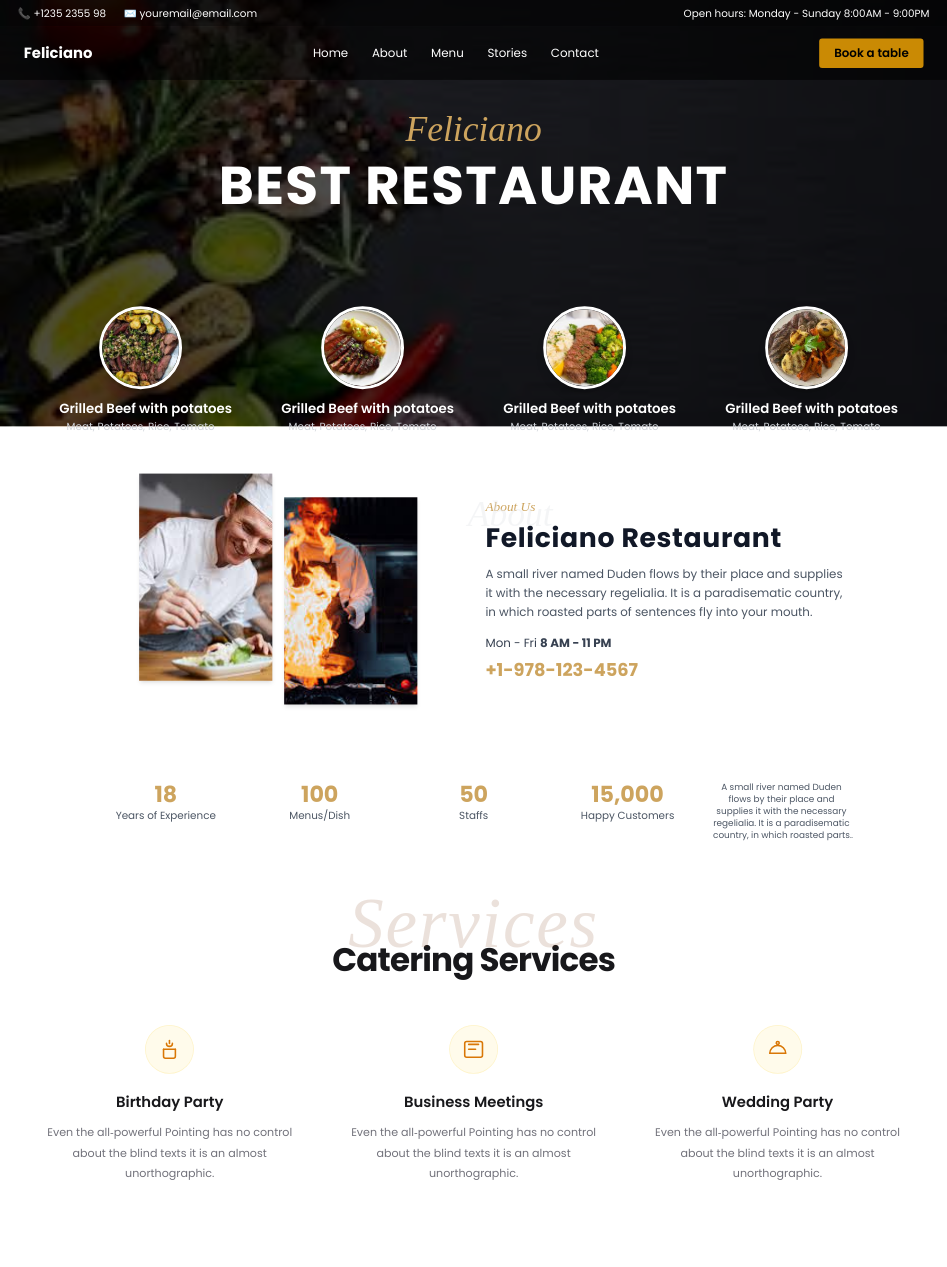
Repository: Purniagithub/Benttacproject
Page: /
The author's editor kept a copy of each file at every save. The page is drawn from the files as they stood at one save, then again after the next save.
The browser window is 1280 px wide. The pictures show the whole page, at 74% of full size.
Some web fonts or font styles are not loaded; a fallback is used. The project was rebuilt for these pictures with package versions that can differ from the ones it lists, and the page was loaded fresh each time. Also part of the build but not shown: vite.config.js.

Above is the page before, as saved 2025-08-21 17:48:06.

### index.html
<!doctype html>
<html lang="en">
  <head>
    <meta charset="UTF-8" />
    <link rel="icon" type="image/svg+xml" href="/vite.svg" />
    <link href="https://fonts.googleapis.com/css2?family=Playfair+Display:ital,wght@1,500&family=Poppins:wght@400;600;700&display=swap" rel="stylesheet">

    <meta name="viewport" content="width=device-width, initial-scale=1.0" />
    <title>Vite + React</title>
  </head>
  <body>
    <div id="root"></div>
    <script type="module" src="/src/main.jsx"></script>
  </body>
</html>

### src/App.jsx
import React from "react";
import Navbar from "./components/Navbar";
import Hero from "./components/Hero";

function App() {
  return (
    <div className="font-poppins">
      <Navbar />
      <Hero />
    </div>
  );
}

export default App;

### src/components/Navbar.jsx
import React from "react";

const Navbar = () => {
  return (
    <header className="absolute top-0 left-0 w-full z-50">
      {/* Top bar */}
      <div className="flex justify-between items-center bg-black bg-opacity-70 text-white text-sm px-6 py-2">
        <div className="flex space-x-6">
          <span>📞 +1235 2355 98</span>
          <span>✉️ youremail@email.com</span>
        </div>
        <span>Open hours: Monday - Sunday 8:00AM - 9:00PM</span>
      </div>

      {/* Main Navbar */}
      <nav className="flex justify-between items-center bg-black bg-opacity-60 text-white px-8 py-4">
        <h1 className="text-xl font-bold">Feliciano</h1>
        <ul className="flex space-x-8 font-medium">
          <li><a href="#" className="hover:text-yellow-400">Home</a></li>
          <li><a href="#" className="hover:text-yellow-400">About</a></li>
          <li><a href="#" className="hover:text-yellow-400">Menu</a></li>
          <li><a href="#" className="hover:text-yellow-400">Stories</a></li>
          <li><a href="#" className="hover:text-yellow-400">Contact</a></li>
        </ul>
        <button className="bg-yellow-600 hover:bg-yellow-700 px-5 py-2 rounded text-black font-semibold">
          Book a table
        </button>
      </nav>
    </header>
  );
};

export default Navbar;

### src/components/Hero.jsx
import React from "react";
import AboutSection from "../components/AboutSection";
import CateringServices from "./CateringServices";

const dishes = [
  { id: 1, name: "Grilled Beef with potatoes", desc: "Meat, Potatoes, Rice, Tomato", img: "/dish-1.jpeg" },
  { id: 2, name: "Grilled Beef with potatoes", desc: "Meat, Potatoes, Rice, Tomato", img: "/dish-2.jpeg" },
  { id: 3, name: "Grilled Beef with potatoes", desc: "Meat, Potatoes, Rice, Tomato", img: "/dish-3.jpeg" },
  { id: 4, name: "Grilled Beef with potatoes", desc: "Meat, Potatoes, Rice, Tomato", img: "/dish-4.jpeg" },
];

const Hero = () => {
  return (
    <>
    <section
      className="relative h-[80vh] bg-cover bg-center flex flex-col justify-center items-center text-white px-4"
      style={{ backgroundImage: "url('/img-4.jpeg')" }}
    >
      {/* Dark overlay */}
      <div className="absolute inset-0 bg-black/70"></div>

      {/* Headings */}
      <div className="relative z-10 text-center mt-20 md:mt-32 lg:mt-40">
        <h2 className="text-3xl md:text-4xl lg:text-5xl font-serif italic text-[#CDA45E]">
          Feliciano
        </h2>
        <h1 className="text-4xl md:text-5xl lg:text-7xl font-extrabold tracking-wide mt-3 md:mt-4 uppercase">
          Best Restaurant
        </h1>
      </div>

      {/* Dish Cards */}
      <div className="relative z-10 grid grid-cols-1 sm:grid-cols-2 md:grid-cols-4 gap-10 md:gap-16 lg:gap-20 mt-16 md:mt-24 lg:mt-32">
        {dishes.map((dish) => (
          <div key={dish.id} className="text-center max-w-[220px] mx-auto">
            <img
              src={dish.img}
              alt={dish.name}
              className="w-24 h-24 md:w-28 md:h-28 object-cover rounded-full mx-auto border-4 border-white shadow-lg"
            />
            <h3 className="mt-3 font-semibold text-base md:text-lg whitespace-nowrap">
              {dish.name}
            </h3>
            <p className="text-xs md:text-sm text-gray-300">{dish.desc}</p>
          </div>
        ))}
      </div>
    </section>
     {/* Other sections */}
     <AboutSection />
     <CateringServices />
</>
  );
};

export default Hero;

### src/components/AboutSection.jsx
// src/components/AboutSection.jsx
import React from "react";

export default function AboutSection() {
  return (
    <section className="w-full bg-white py-16">
      <div className="max-w-5xl mx-auto text-center">
        {/* Top Grid (Images + Content) */}
        <div className="grid grid-cols-1 lg:grid-cols-2 gap-8 items-center">
          {/* Left Images */}
          <div className="flex justify-center gap-4">
            <img
              src="/chef-1.jpeg"
              alt="Chef serving"
              className="shadow-md object-cover h-[280px] w-[180px]"
            />
            <img
              src="/chef-5.jpeg"
              alt="Cooking food"
              className="shadow-md object-cover h-[280px] w-[180px] mt-8"
            />
          </div>

          {/* Right Content */}
          <div className="text-left lg:text-left">
            <h3 className="text-lg font-serif italic text-[#CDA45E] relative mb-2">
              <span className="absolute -left-6 top-0 text-5xl text-gray-200 opacity-40">
                About
              </span>
              About Us
            </h3>
            <h2 className="text-4xl font-bold text-gray-900 mb-4 tracking-wide">
              Feliciano Restaurant
            </h2>
            <p className="text-gray-600 mb-4 leading-relaxed">
              A small river named Duden flows by their place and supplies it
              with the necessary regelialia. It is a paradisematic country, in
              which roasted parts of sentences fly into your mouth.
            </p>

            <p className="text-gray-700 mb-2">
              Mon - Fri <span className="font-bold">8 AM - 11 PM</span>
            </p>
            <p className="text-2xl font-bold text-[#CDA45E]">
              +1-978-123-4567
            </p>
          </div>
        </div>

        {/* Stats Section */}
        <div className="grid grid-cols-2 sm:grid-cols-5 gap-4 mt-16 pt-10">
          <div className="text-center">
            <h4 className="text-3xl font-bold text-[#CDA45E]">18</h4>
            <p className="text-sm text-gray-600">Years of Experience</p>
          </div>
          <div className="text-center">
            <h4 className="text-3xl font-bold text-[#CDA45E]">100</h4>
            <p className="text-sm text-gray-600">Menus/Dish</p>
          </div>
          <div className="text-center">
            <h4 className="text-3xl font-bold text-[#CDA45E]">50</h4>
            <p className="text-sm text-gray-600">Staffs</p>
          </div>
          <div className="text-center">
            <h4 className="text-3xl font-bold text-[#CDA45E]">15,000</h4>
            <p className="text-sm text-gray-600">Happy Customers</p>
          </div>
          <div className="text-center text-xs line-clamp-5">
            <p className="text-xs text-gray-600">A small river named Duden flows by their place and supplies it
              with the necessary regelialia. It is a paradisematic country, in
              which roasted parts of sentences fly into your mouth.</p>
          </div>
        </div>
      </div>
    </section>
  );
}

### src/components/CateringServices.jsx
import React from "react";

function IconCake(props) {
  return (
    <svg viewBox="0 0 24 24" aria-hidden="true" {...props}>
      <g fill="none" stroke="currentColor" strokeWidth="1.6" strokeLinecap="round" strokeLinejoin="round">
        <path d="M12 3v3" />
        <path d="M9 6a3 3 0 1 0 6 0" />
        <path d="M6 12h12" />
        <path d="M6 12v7a2 2 0 0 0 2 2h8a2 2 0 0 0 2-2v-7" />
      </g>
    </svg>
  );
}

function IconMeeting(props) {
  return (
    <svg viewBox="0 0 24 24" aria-hidden="true" {...props}>
      <g fill="none" stroke="currentColor" strokeWidth="1.6" strokeLinecap="round" strokeLinejoin="round">
        <path d="M7 7h10M7 12h7" />
        <path d="M3 18a2 2 0 0 0 2 2h14a2 2 0 0 0 2-2V6a2 2 0 0 0-2-2H5a2 2 0 0 0-2 2z" />
      </g>
    </svg>
  );
}

function IconCloche(props) {
  return (
    <svg viewBox="0 0 24 24" aria-hidden="true" {...props}>
      <g fill="none" stroke="currentColor" strokeWidth="1.6" strokeLinecap="round" strokeLinejoin="round">
        <path d="M12 7a1.5 1.5 0 1 0 0-3 1.5 1.5 0 0 0 0 3z" />
        <path d="M4 16a8 8 0 1 1 16 0" />
        <path d="M4 16h16" />
      </g>
    </svg>
  );
}

const cards = [
  {
    title: "Birthday Party",
    text:
      "Even the all‑powerful Pointing has no control about the blind texts it is an almost unorthographic.",
    Icon: IconCake,
  },
  {
    title: "Business Meetings",
    text:
      "Even the all‑powerful Pointing has no control about the blind texts it is an almost unorthographic.",
    Icon: IconMeeting,
  },
  {
    title: "Wedding Party",
    text:
      "Even the all‑powerful Pointing has no control about the blind texts it is an almost unorthographic.",
    Icon: IconCloche,
  },
];

export default function CateringServices({
  id = "services",
  heading = "Catering Services",
  accent = "Services",
}) {
  return (
    <section id={id} className="relative isolate bg-white py-24 sm:py-28">
      {/* Accent word behind heading */}
      <div aria-hidden className="pointer-events-none absolute inset-x-0 -top-1 sm:top-0 text-center">
        <span className="select-none font-serif italic tracking-wide text-amber-900/15 text-7xl sm:text-8xl md:text-[96px] leading-none">
          {accent}
        </span>
      </div>

      <div className="mx-auto max-w-[1200px] px-4 -mt-12">
        {/* Main heading */}
        <h2 className="text-center text-[34px] sm:text-[38px] md:text-[44px] font-extrabold tracking-tight text-zinc-900">
          {heading}
        </h2>

        {/* Cards */}
        <div className="mt-14 grid grid-cols-1 md:grid-cols-3 gap-12 md:gap-16">
          {cards.map(({ title, text, Icon }) => (
            <article key={title} className="text-center">
              <div className="mx-auto mb-6 flex h-16 w-16 items-center justify-center rounded-full bg-amber-50 ring-1 ring-amber-100 text-amber-600">
                <Icon className="h-8 w-8" />
              </div>
              <h3 className="text-[20px] font-semibold text-zinc-900">{title}</h3>
              <p className="mt-3 mx-auto max-w-[340px] text-[15px] leading-7 text-zinc-500">
                {text}
              </p>
            </article>
          ))}
        </div>
      </div>
    </section>
  );
}

### tailwind.config.js
/** @type {import('tailwindcss').Config} */
export default {
  content: ["./index.html",
    "./src/**/*.{js,ts,jsx,tsx}",],
  theme: {
    extend: {fontFamily: {
      sans: ['Poppins', 'sans-serif'],
      serif: ['Playfair Display', 'serif'],
    },
    colors: {
      gold: "#CDA45E",
    },},
  },
  plugins: [],
}

Loaded but not shown: src/main.jsx (common file); src/index.css (common file)

After the next save:
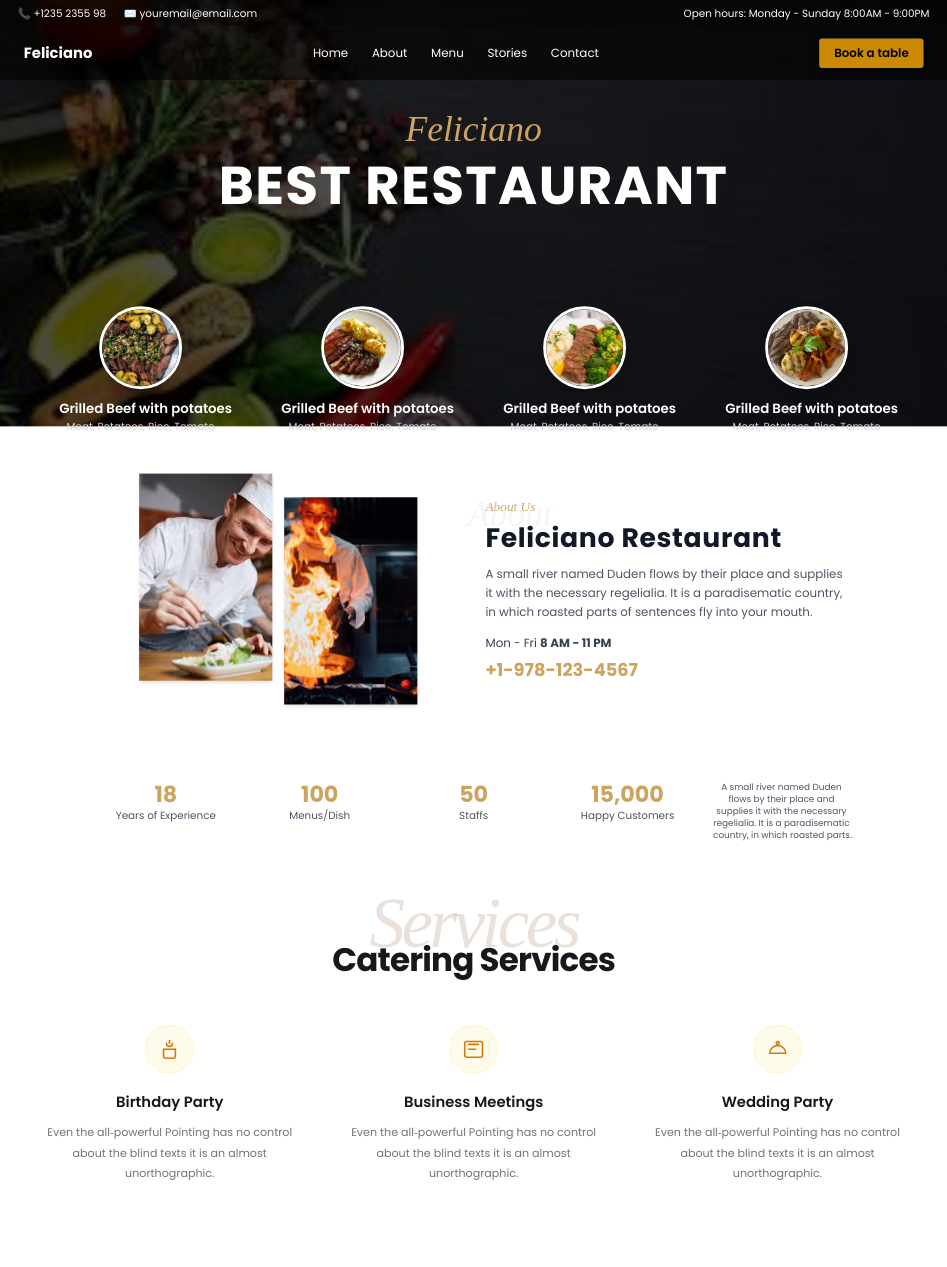
Saved 23 s later.
--- a/src/components/CateringServices.jsx
+++ b/src/components/CateringServices.jsx
@@ -66,7 +66,7 @@ export default function CateringServices({
     <section id={id} className="relative isolate bg-white py-24 sm:py-28">
       {/* Accent word behind heading */}
       <div aria-hidden className="pointer-events-none absolute inset-x-0 -top-1 sm:top-0 text-center">
-        <span className="select-none font-serif italic tracking-wide text-amber-900/15 text-7xl sm:text-8xl md:text-[96px] leading-none">
+        <span className="select-none font-serif italic tracking-tighter text-amber-900/15 text-7xl sm:text-8xl md:text-[96px] leading-none">
           {accent}
         </span>
       </div>
